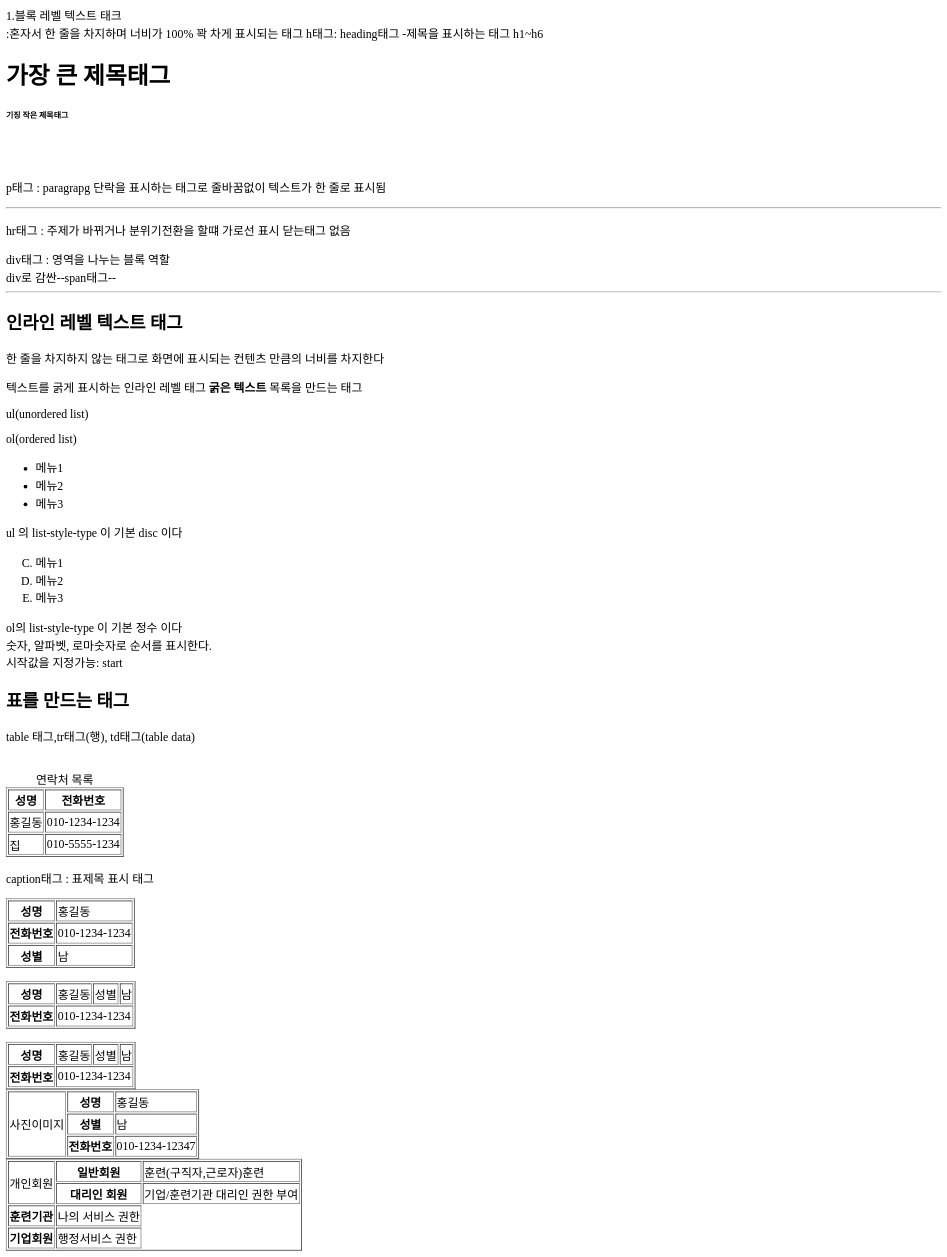
Repository: hana825/Web
Page: web/WebContent/index.html
The author's editor kept a copy of each file at every save. The page is drawn from the files as they stood at one save, then again after the next save.
The browser window is 1280 px wide. The pictures show the whole page, at 74% of full size.

Above is the page before, as saved 2022-03-17 06:33:18.

### web/WebContent/index.html
<!DOCTYPE html>
<html>
<head>
<meta charset="UTF-8">
<title>Insert title here</title>
</head>
<body>
1.블록 레벨 텍스트 태크<br>
:혼자서 한 줄을 차지하며 너비가 100% 꽉 차게 표시되는 태그

h태그: heading태그 -제목을 표시하는 태그 h1~h6
<h1>가장 큰 제목태그</h1>
<h6>기징 작은 제목태그</h6>
<br><br>
<p>
p태그 : paragrapg 단락을 표시하는 태그로
줄바꿈없이 텍스트가 한 줄로 표시됨
</p>
<hr>

<p>
hr태그 : 주제가 바뀌거나 분위기전환을 할떄 가로선 표시
닫는태그 없음
</p>
<div>
div태그 : 영역을 나누는 블록 역할
</div>

<div> div로 감싼<span>--span태그--</span>
</div>


<hr>

<h2>인라인 레벨 텍스트 태그</h2>
<p> 한 줄을 차지하지 않는 태그로 화면에 표시되는 컨텐츠 만큼의 너비를 차지한다
</p>
<!-- 실행에서 제외하고자 하는 코드는 주석처리 -->
텍스트를 굵게 표시하는 인라인 레벨 태그
<strong>굵은 텍스트
</strong>
목록을 만드는 태그
<p>ul(unordered list)</p>
<p>ol(ordered list)</p>
<ul>
	<li>메뉴1</li>
	<li>메뉴2</li>
	<li>메뉴3</li>
</ul>
<p>ul 의 list-style-type 이 기본 disc 이다</p>
<ol start='3' type="A">
	<li>메뉴1</li>
	<li>메뉴2</li>
	<li>메뉴3</li>
</ol>
<p>ol의 list-style-type 이 기본 정수 이다<br>
   숫자, 알파벳, 로마숫자로 순서를 표시한다.<br>
   시작값을 지정가능: start<br>
</p>

<h2>표를 만드는 태그</h2>
<p>table 태그,tr태그(행), td태그(table data)</p><br>

<table border='1'>
	<caption>연락처 목록</caption>
	<tr><th>성명</th><th>전화번호</th></tr>
	<tr><td>홍길동</td><td>010-1234-1234</td></tr>
	<tr><td>집</td><td>010-5555-1234</td></tr>
</table>

<p> caption태그 : 표제목 표시 태그
</p>

<table  border='1'>
	<tr><th>성명</th>
		<td>홍길동</td>
	</tr>
		<tr><th>전화번호</th>
		<td>010-1234-1234</td>
	</tr>
		<tr><th>성별</th>
		<td>남</td>
	</tr>
</table>
<br>
<table  border='1'>
	<tr><th>성명</th>
		<td>홍길동</td>
		<td>성별</td>
		<td>남</td>
	</tr>
		<tr><th>전화번호</th>
		<td colspan='3'>010-1234-1234</td>

</table>
<br>

<table  border='1'>
	<tr><th>성명</th>
		<td>홍길동</td>
		<td>성별</td>
		<td>남</td>
	</tr>
		<tr><th>전화번호</th>
		<td colspan='3'>010-1234-1234</td>

</table>

<table  border='1'>
	<tr><td rowspan ='3'>사진이미지</td>
		<th>성명</th>
		<td>홍길동</td>
	</tr>
	<tr>
		<th>성별</th>
		<td>남</td>
	</tr>
		<tr>
		<th>전화번호</th>
		<td>010-1234-12347</td>
	</tr>

</table>

<table  border='1'>
	<tr><td rowspan ='2'>개인회원</td>
		<th>일반회원</th>
		<td>훈련(구직자,근로자)훈련</td>
	</tr>
	<tr>
		<th>대리인 회원</th>
		<td>기업/훈련기관 대리인 권한 부여</td>
	</tr>
		<th>훈련기관</th>
		<td>나의 서비스 권한</td>
	</tr>

		<th>기업회원</th>
		<td>행정서비스 권한</td>
	</tr>


</table>













</body>
</html>

After the next save:
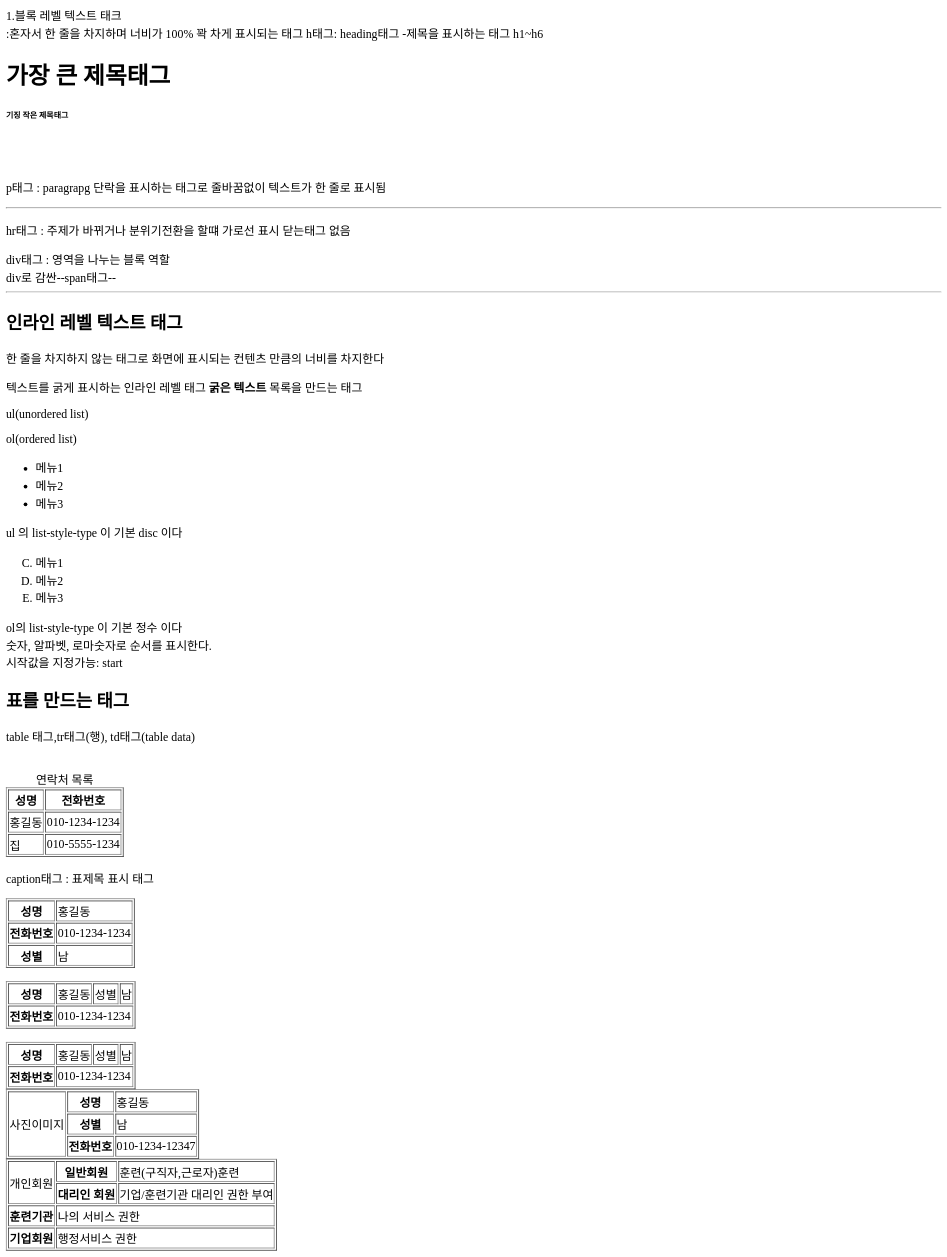
Saved 54 s later.
--- a/web/WebContent/index.html
+++ b/web/WebContent/index.html
@@ -132,11 +132,11 @@ div태그 : 영역을 나누는 블록 역할
 		<td>기업/훈련기관 대리인 권한 부여</td>
 	</tr>
 		<th>훈련기관</th>
-		<td>나의 서비스 권한</td>
+		<td colspan='3'>나의 서비스 권한</td>
 	</tr>
 
 		<th>기업회원</th>
-		<td>행정서비스 권한</td>
+		<td colspan='3'>행정서비스 권한</td>
 	</tr>
 
 
